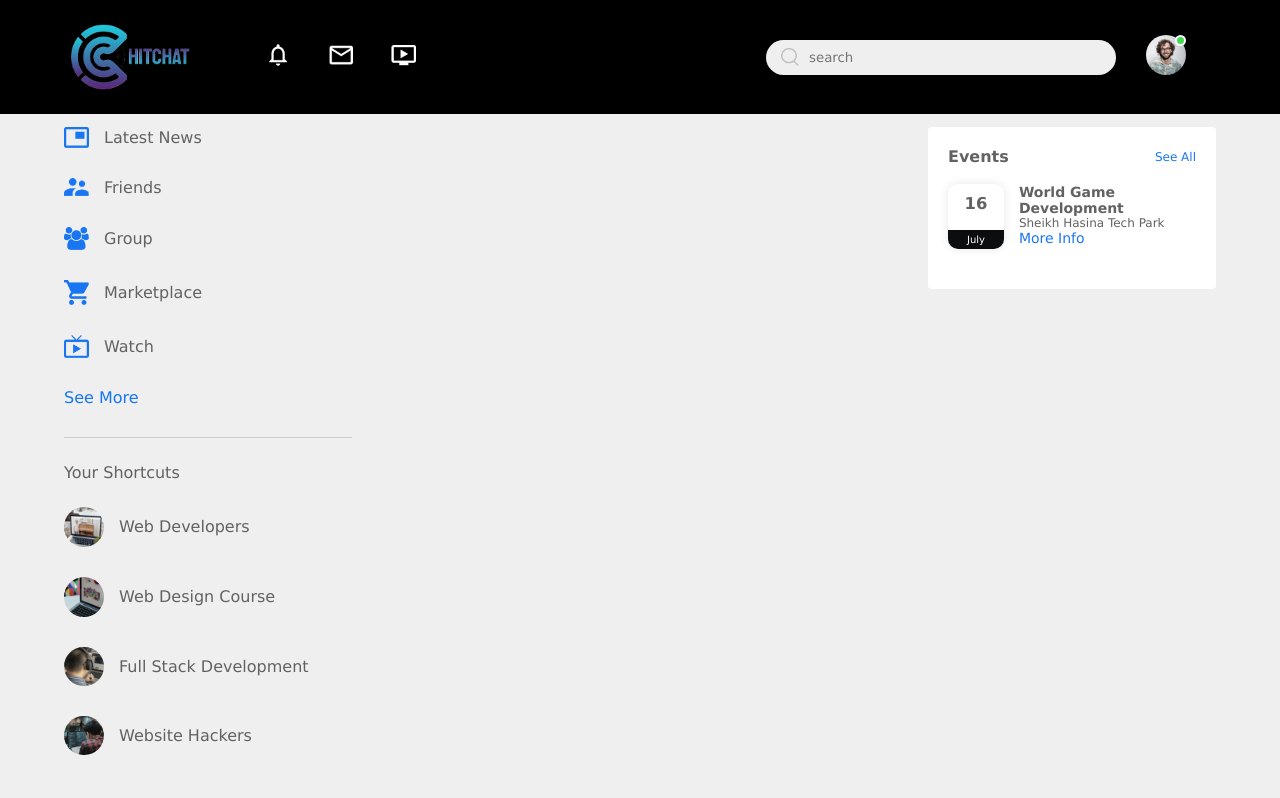
Repository: omarhasnain/ChitChat
Page: index.html
An editor plug-in stored every save of this project. The page is shown before and after the next save, followed by the edit.
The browser window is 1280 px wide. The pictures show the whole page.

Above is the page before, as saved 2021-07-12 03:39:16.

After the next save:
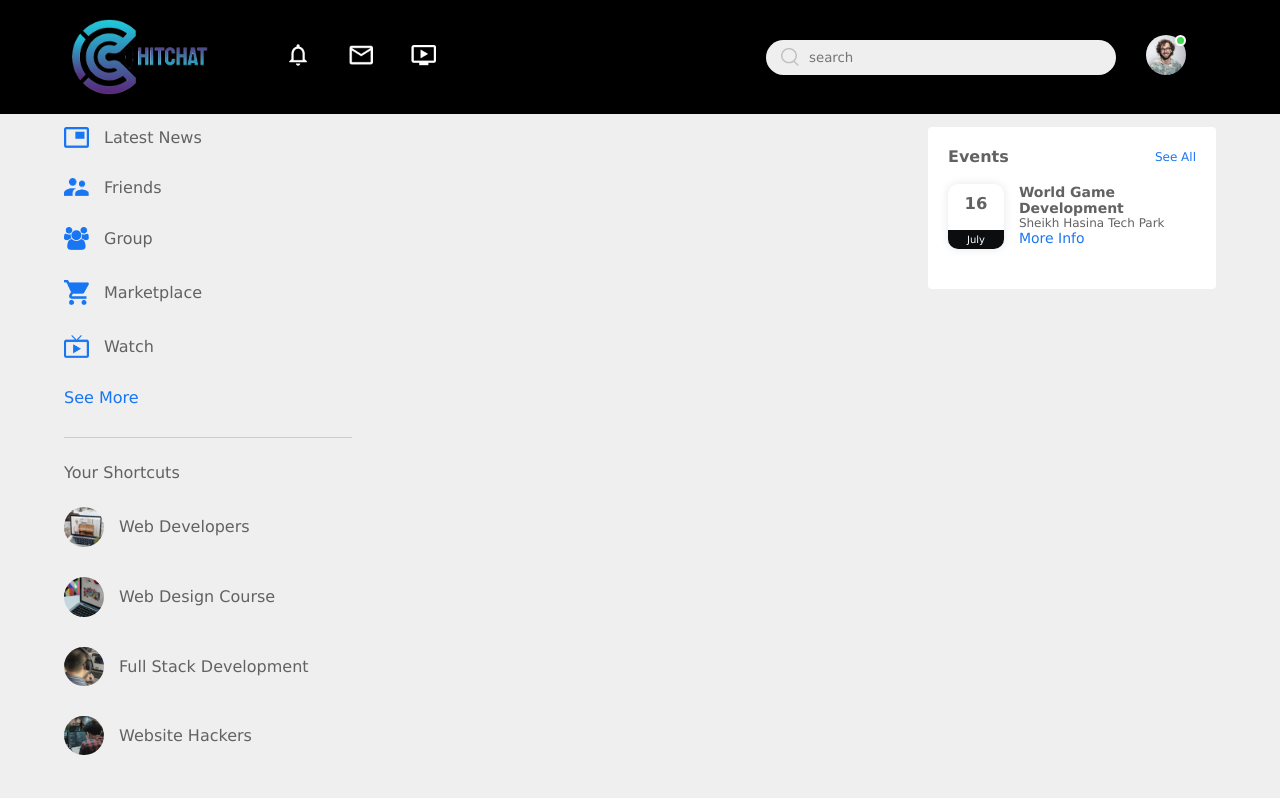
Saved 8 s later.
--- a/style.css
+++ b/style.css
@@ -21,7 +21,7 @@
 }
 
 .logo {
-    width: 140px;
+    width: 160px;
     margin-right: 45px;
 }
 
